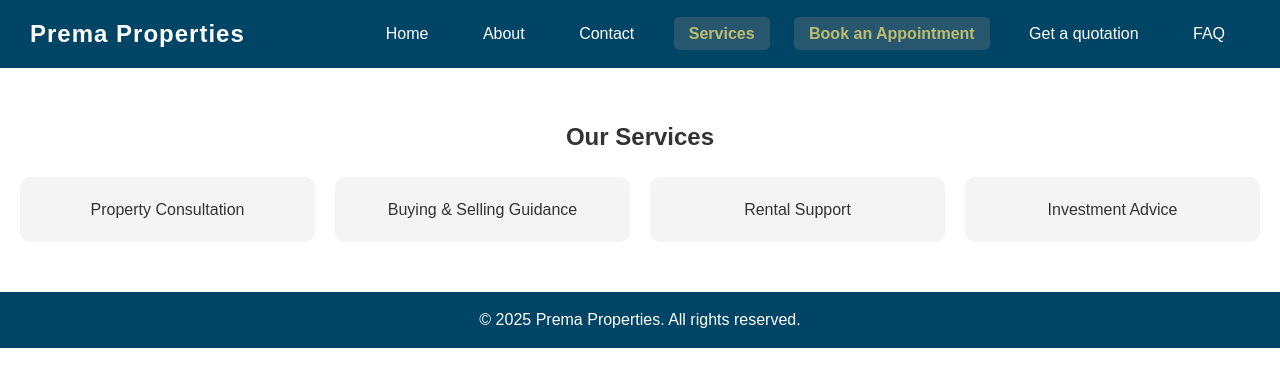
Repository: mnqobiMenzi/Prema-Properties
Page: services.html
These files come from the project's save history. The page is drawn as it stood at one moment and after the next save; the edit follows.
The browser window is 1280 px wide. The pictures show the whole page.

Above is the page before, as saved 2025-10-04 09:07:45.

### services.html
<!DOCTYPE html>
<html lang="en">
<head>
  <meta charset="UTF-8">
  <meta name="viewport" content="width=device-width, initial-scale=1.0">
  <title>Prema Properties</title>
  <link rel="stylesheet" href="CSS/style.css">
</head>
<body>

  <!-- Header / Navigation -->
  <header>
    <div class="logo">Prema Properties</div>
    <nav>
      <a href="index.html">Home</a>
      <a href="about-us.html">About</a>
      <a href="contact-us.html">Contact</a>
      <a href="#services" class="active">Services</a>
      <a href="appointment.html" class="active">Book an Appointment</a>
      <a href="quote.html">Get a quotation</a>
      <a href="FAQ.html">FAQ</a>
    </nav>
  </header>
  <!-- Services Section -->
  <section id="services" class="services">
    <h2>Our Services</h2>
    <div class="service-list">
      <div class="service">Property Consultation</div>
      <div class="service">Buying & Selling Guidance</div>
      <div class="service">Rental Support</div>
      <div class="service">Investment Advice</div>
    </div>
  </section>

  <!-- Footer -->
  <footer>
    <p>© 2025 Prema Properties. All rights reserved.</p>
  </footer>

</body>
</html>

### CSS/style.css
* {
  margin: 0;
  padding: 0;
  box-sizing: border-box;
  font-family: Arial, sans-serif;
}

body {
  line-height: 1.6;
  color: #333;
}

/* Header */
header {
  position: sticky;
  top: 0;
  display: flex;
  justify-content: space-between;
  align-items: center;
  padding: 15px 30px;
  background: #004466;
  color: #fff;
  z-index: 1000;
}
header .logo {
  font-size: 1.5em;
  font-weight: 700;
  font-family: 'Poppins', sans-serif;
  color: #fff;
  letter-spacing: 1px;
  display: flex;
  align-items: center;
}
header nav a {
  margin: 0 10px;
  color: #fff;
  padding: 8px 15px;
  border-radius: 5px;
  text-decoration: none;
  font-weight: 500;
  font-family: 'Poppins', sans-serif;
  transition: color 0.3s ease, border-bottom 0.3s ease;
}

header nav a:hover {
  color: #fff;
  background: rgba(128, 128, 128, 0.3);
  padding-bottom: 3px;
  border: 3px solid #004466;
}
/* Active link */
header nav a.active {
  background: rgba(128, 128, 128, 0.3);
  font-weight: bold;
  color: rgb(189, 189, 114);
}
/* Hero */
.hero {
  background: url('https://source.unsplash.com/1600x600/?house,property') no-repeat center center/cover;
  color: white;
  text-align: center;
  padding: 100px 20px;
}
.hero h1 {
  font-size: 2.5em;
}
.hero .btn {
  display: inline-block;
  margin-top: 20px;
  padding: 10px 20px;
  background: #ff6600;
  color: white;
  border-radius: 5px;
  text-decoration: none;
}
.hero .btn:hover {
  background: #cc5200;
}

/* Sections */
section {
  padding: 50px 20px;
  text-align: center;
}
.services .service-list {
  display: grid;
  grid-template-columns: repeat(auto-fit, minmax(200px, 1fr));
  gap: 20px;
  margin-top: 20px;
}
.service {
  background: #f4f4f4;
  padding: 20px;
  border-radius: 10px;
}

/* Contact */
.contact form {
  display: flex;
  flex-direction: column;
  max-width: 400px;
  margin: auto;
}
.contact input, .contact textarea {
  margin-bottom: 15px;
  padding: 10px;
  border: 1px solid #ddd;
  border-radius: 5px;
}
.contact button {
  padding: 10px;
  border: none;
  background: #004466;
  color: white;
  cursor: pointer;
  border-radius: 5px;
}
.contact button:hover {
  background: #00334d;
}

/* Footer */
footer {
  background: #004466;
  color: #fff;
  text-align: center;
  padding: 15px;
}

After the next save:
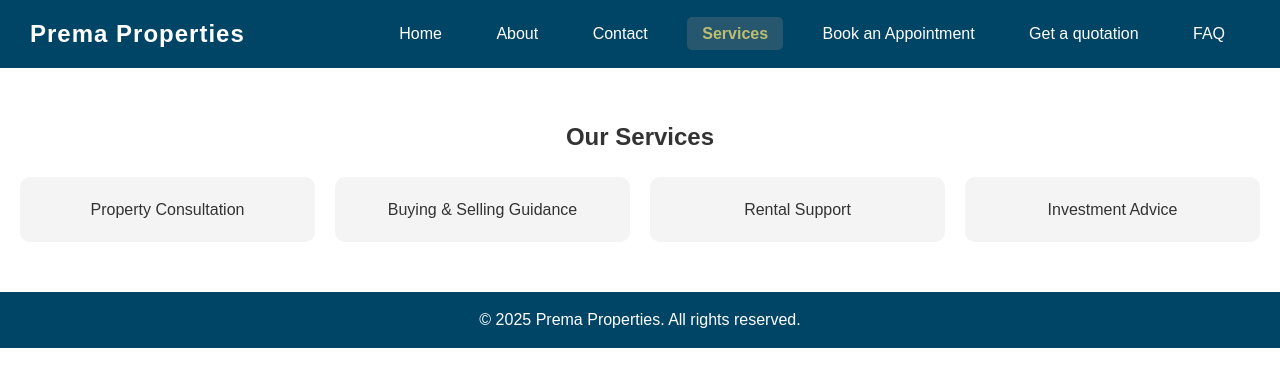
Saved 10 s later.
--- a/services.html
+++ b/services.html
@@ -16,7 +16,7 @@
       <a href="about-us.html">About</a>
       <a href="contact-us.html">Contact</a>
       <a href="#services" class="active">Services</a>
-      <a href="appointment.html" class="active">Book an Appointment</a>
+      <a href="appointment.html">Book an Appointment</a>
       <a href="quote.html">Get a quotation</a>
       <a href="FAQ.html">FAQ</a>
     </nav>
